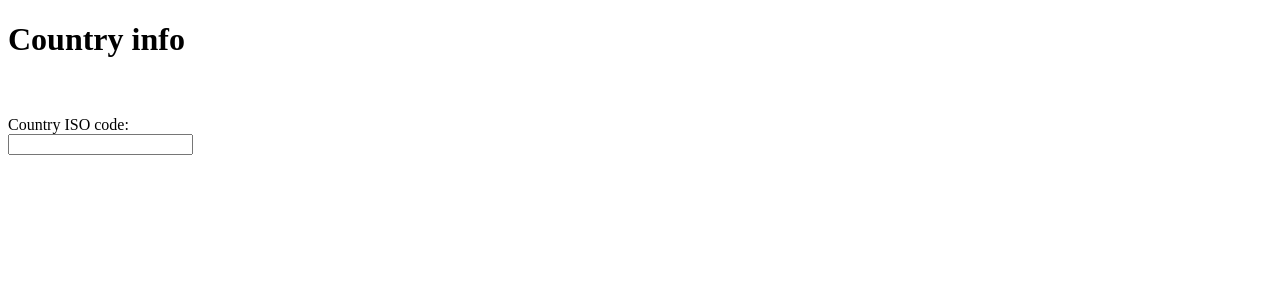
Repository: ObradovicNikola/pmf-rzk-part2
Page: http://localhost/CountryInfoWEB/
The author's editor kept a copy of each file at every save. The page is drawn from the files as they stood at one save, then again after the next save.
The browser window is 1280 px wide. The pictures show the whole page.
The page is served by Tomcat 9.

Above is the page before, as saved 2022-12-12 20:12:27.

After the next save:
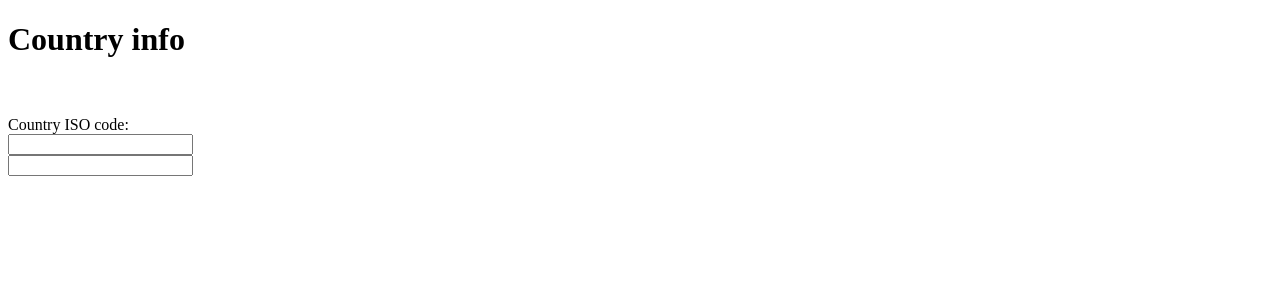
Saved 40 s later.
--- a/CountryInfoWEB/src/main/webapp/index.jsp
+++ b/CountryInfoWEB/src/main/webapp/index.jsp
@@ -17,6 +17,8 @@
 		<label>Country ISO code: </label>
 		<br />
 		<input type="text" name="isoCode" />
+		<br />
+		<input
 	</form>
 
 

After the save that followed:
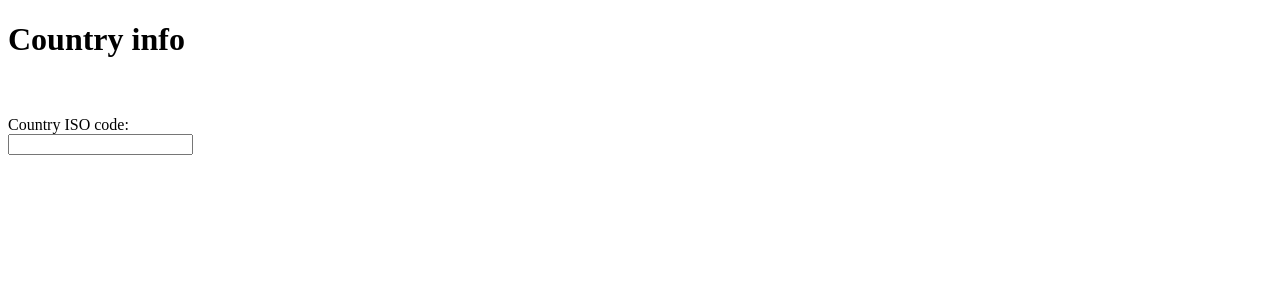
Saved 35 s later.
--- a/CountryInfoWEB/src/main/webapp/index.jsp
+++ b/CountryInfoWEB/src/main/webapp/index.jsp
@@ -18,7 +18,6 @@
 		<br />
 		<input type="text" name="isoCode" />
 		<br />
-		<input
 	</form>
 
 
